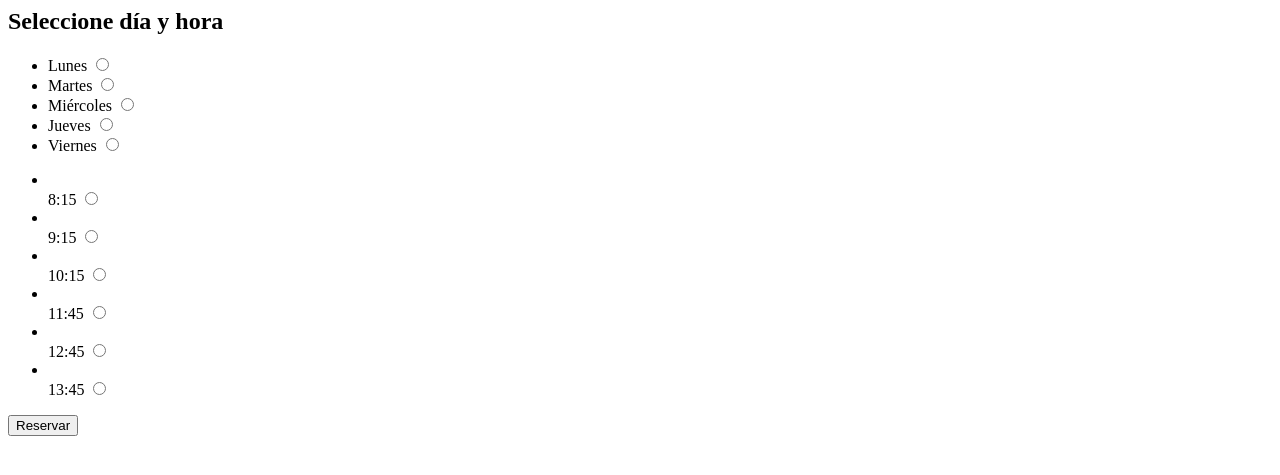
Repository: maguria/Reservas
Page: plantillas/usuarios-tarea.html
The author's editor kept a record of every edit. The page is drawn from the files as they stood at one moment, then again after the next edit.
The browser window is 1280 px wide. The pictures show the whole page.

Above is the page before.

After the next edit:
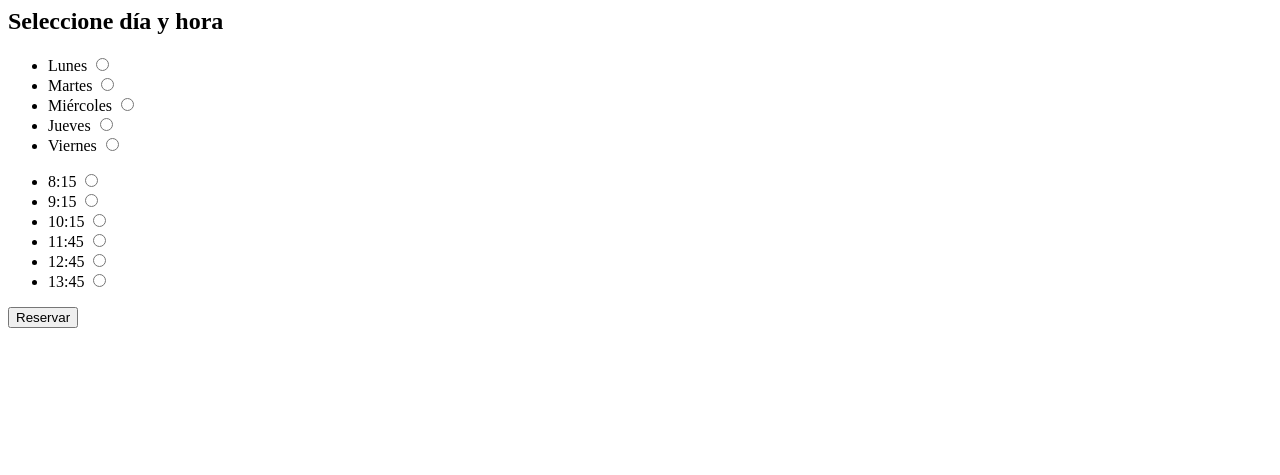
The edit:
--- a/plantillas/usuarios-tarea.html
+++ b/plantillas/usuarios-tarea.html
@@ -13,12 +13,12 @@
         </div>
         <div class="itemlista">
                 <ul>
-                    <li></li>8:15  <input type="radio" name="horaTarea" value="8" ng-model="cUsuarios.radio.hora">
-                    <li></li>9:15  <input type="radio" name="horaTarea" value="9" ng-model="cUsuarios.radio.hora">
-                    <li></li>10:15  <input type="radio" name="horaTarea" value="10" ng-model="cUsuarios.radio.hora">
-                    <li></li>11:45 <input type="radio" name="horaTarea" value="11" ng-model="cUsuarios.radio.hora">
-                    <li></li>12:45 <input type="radio" name="horaTarea" value="12" ng-model="cUsuarios.radio.hora">
-                    <li></li>13:45 <input type="radio" name="horaTarea" value="13" ng-model="cUsuarios.radio.hora">
+                    <li>8:15  <input type="radio" name="horaTarea" value="8" ng-model="cUsuarios.radio.hora"></li>
+                    <li>9:15  <input type="radio" name="horaTarea" value="9" ng-model="cUsuarios.radio.hora"></li>
+                    <li>10:15  <input type="radio" name="horaTarea" value="10" ng-model="cUsuarios.radio.hora"></li>
+                    <li>11:45 <input type="radio" name="horaTarea" value="11" ng-model="cUsuarios.radio.hora"></li>
+                    <li>12:45 <input type="radio" name="horaTarea" value="12" ng-model="cUsuarios.radio.hora"></li>
+                    <li>13:45 <input type="radio" name="horaTarea" value="13" ng-model="cUsuarios.radio.hora"></li>
         </div>
  <div class="boton"><button id="bttarea" type="submit" class="btn btn-success btlogin" ng-click="cUsuarios.usuarioTarea()">Reservar</button></div>
     </form>
